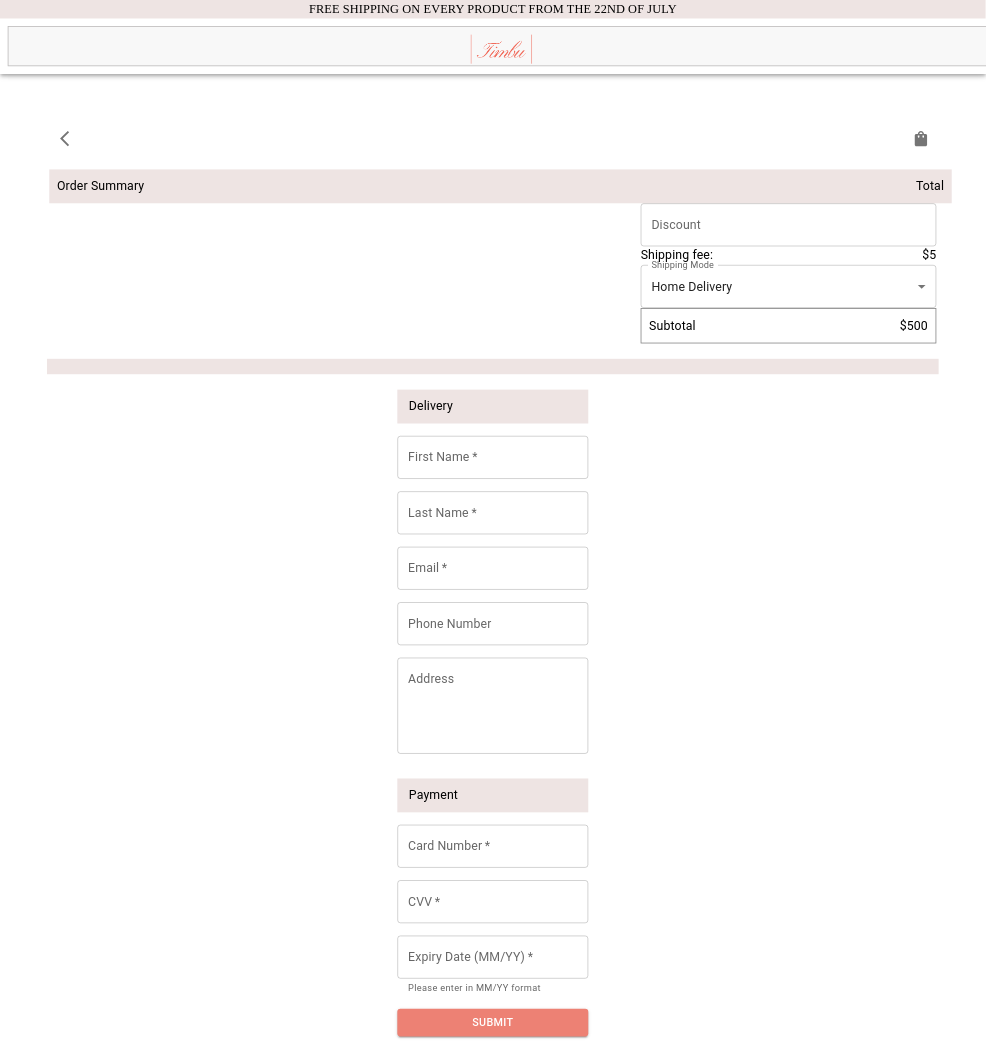
Repository: Armstrong2035/hng-project-two
Page: /checkout (app in timbu-store/)
An editor plug-in stored every save of this project. The page is shown before and after the next save, followed by the edit.
The browser window is 1280 px wide. The pictures show the whole page, at 77% of full size.
The project was rebuilt for these pictures with package versions that can differ from the ones it lists, and the page was loaded fresh each time. The framework's server and built-in components were replaced by stand-ins that run in the browser. Also part of the build but not shown: timbu-store/next.config.mjs, timbu-store/src/app/fonts.css.

Above is the page before, as saved 2024-07-10 04:04:23.

### timbu-store/src/app/layout.js
"use client";

import "./fonts.css";

import Head from "next/head";

const metadata = {
  title: "Timbu Store",
  description: "We sell beauty",
};

export default function RootLayout({ children }) {
  return (
    <>
      <html>
        <Head>
          <title>{metadata.title}</title>
          <meta name="description" content={metadata.description} />
        </Head>
        <body>{children}</body>
      </html>
    </>
  );
}

### timbu-store/src/app/checkout/page.js
"use client";

import React from "react";
import CheckOut from "../../../components/checkout/CheckOut";
import Promotion from "../../../components/header/Promotion";
import { AppBar, Box } from "@mui/material";
import TimbuStore from "../../../components/header/TimbuStore";

export default function Page() {
  return (
    <>
      <AppBar color={"transparent"}>
        <Promotion />
        <TimbuStore />
      </AppBar>

      <Box sx={{ mt: 20 }}>
        <CheckOut />
      </Box>
    </>
  );
}

### timbu-store/components/checkout/CheckOut.js
"use client";
import useStore from "@/store/store";
import Image from "next/image";
import {
  Typography,
  Box,
  Stack,
  Grid,
  Button,
  Card,
  CardContent,
  Container,
  AppBar,
} from "@mui/material";
import React, { useState } from "react";
import Cart from "./cart/Cart";
import Invoice from "./Invoice";
import Promotion from "../header/Promotion";
import CheckoutForm from "./CheckoutForm";
import CheckoutNav from "./CheckoutNav";
import useMediaQuery from "@mui/material/useMediaQuery";
import { useTheme } from "@mui/material/styles";
export default function CheckOut() {
  const theme = useTheme();
  const isDesktop = useMediaQuery(theme.breakpoints.up("lg"));
  return (
    <>
      <Stack alignItems={"center"}>
        <Container>
          <CheckoutNav />
          {isDesktop && (
            <Box
              style={{
                width: "100%",
                display: "flex",
                justifyContent: "space-between",
                padding: "10px 10px",
                marginTop: "20px",
                backgroundColor: "#EEE4E3",
              }}
              className="heading"
            >
              <Typography>Order Summary</Typography>
              <Typography>Total</Typography>
            </Box>
          )}

          <Grid container>
            <Grid item>
              {!isDesktop && (
                <Typography
                  sx={{ backgroundColor: "#EEE4E3", padding: "10px 10px" }}
                >
                  Order Summary
                </Typography>
              )}
            </Grid>
            <Grid item className={"item"} xl={10} lg={8} md={6} sm={12} xs={12}>
              <Cart />
            </Grid>
            <Grid item xl={4} lg={4} md={6} sm={12} xs={12}>
              <Invoice />
            </Grid>
          </Grid>
        </Container>

        <Box
          style={{
            width: "90%",
            display: "flex",
            justifyContent: "space-between",
            padding: "10px 10px",
            marginTop: "20px",
            marginBottom: "20px",
            backgroundColor: "#EEE4E3",
          }}
          className="heading"
        ></Box>

        <CheckoutForm />
      </Stack>
    </>
  );
}

### timbu-store/components/header/Promotion.js
"use client";

import { Typography, Box } from "@mui/material";
import React from "react";

export default function Promotion() {
  return (
    <>
      <Box
        sx={{
          display: "flex",
          alignItems: "center",
          justifyContent: "center",
          width: "100%",
          backgroundColor: "#EEE4E3",
          padding: "15px, 0",
        }}
      >
        <Typography sx={{ fontFamily: "kanit-regular" }}>
          FREE SHIPPING ON EVERY PRODUCT FROM THE 22ND OF JULY
        </Typography>
      </Box>
    </>
  );
}

### timbu-store/components/header/TimbuStore.js
"use client";

import Image from "next/image";
import Timbu from "../../public/utility-images/Timbu.png";
import Link from "next/link";

export default function TimbuStore() {
  return (
    <div
      style={{
        width: "100%",
        backgroundColor: "#F8F8F8",
        display: "flex",
        justifyContent: "center",
        alignItems: "center",
        padding: "10px 0",
        border: "1px solid #BCBABA",
        margin: "10px",
      }}
    >
      <Link href={"/"}>
        <div style={{ width: "80px", height: "30px" }}>
          <Image
            src={Timbu}
            alt={"timbu store logo"}
            layout="responsive"
            width={50}
            height={50}
            objectFit="contain"
          />
        </div>
      </Link>
    </div>
  );
}

### timbu-store/src/store/store.js
import { create } from "zustand";
import { persist } from "zustand/middleware";

const useStore = create(
  (set) => ({
    cart: [],
    addToCart: (item) => set((state) => ({ cart: [...state.cart, item] })),
  }),
  {
    name: "cart-storage",
  }
);

export default useStore;

### timbu-store/components/checkout/cart/Cart.js
"use client";
import React, { useState } from "react";
import useStore from "@/store/store";
import { Box, Grid, Stack, Typography, Button } from "@mui/material";
import Image from "next/image";

export default function Cart() {
  const [orderVolume, setOrderVolume] = useState(1);
  const cart = useStore((state) => state.cart);

  return (
    <Stack spacing={4}>
      {cart.map((item) => (
        <Grid container key={item.id} spacing={2}>
          <Grid item xs={12} sm={6} md={4}>
            <Box
              sx={{
                display: "flex",
                alignItems: "center",
                justifyContent: "center",
                backgroundColor: "#F1F0F0",
                position: "relative",
                "&:hover": {
                  backgroundColor: "#E6DFDF",
                },
                width: "100%",
                paddingTop: "100%", // This creates a square aspect ratio
                position: "relative",
              }}
            >
              <Box
                sx={{
                  position: "absolute",
                  top: 0,
                  left: 0,
                  right: 0,
                  bottom: 0,
                  padding: "10px",
                }}
              >
                <Image
                  src={item.imageUrl}
                  alt={item.productName}
                  layout="fill"
                  objectFit="contain"
                />
              </Box>
            </Box>
          </Grid>

          <Grid item xs={12} sm={6} md={4}>
            <Stack
              direction={"row"}
              alignItems={"center"}
              justifyContent={"space-between"}
            >
              <Box sx={{ padding: "16px" }}>
                <Typography>{item.productName}</Typography>
                <Box
                  sx={{
                    border: "1px solid #B2A6A6",
                    display: "flex",
                    flexDirection: "row",
                    alignItems: "center",
                    margin: "10px 0",
                  }}
                >
                  <Button
                    sx={{ color: "#473838" }}
                    onClick={() =>
                      setOrderVolume(orderVolume > 1 ? orderVolume - 1 : 1)
                    }
                  >
                    -
                  </Button>
                  <Typography sx={{ padding: "0 10px" }}>
                    {orderVolume}
                  </Typography>
                  <Button
                    sx={{ color: "#473838" }}
                    onClick={() => setOrderVolume(orderVolume + 1)}
                  >
                    +
                  </Button>
                </Box>
                <Button sx={{ color: "#ED8174" }}>Remove</Button>
              </Box>
              <Typography
                sx={{
                  textAlign: { xs: "right", md: "left" },
                  marginRight: { xs: "16px", md: "0" },
                  marginTop: { xs: "16px", md: "0" },
                }}
              >
                {item.discountPrice}
              </Typography>
            </Stack>
          </Grid>

          <Grid item xs={12} md={4}></Grid>
        </Grid>
      ))}
    </Stack>
  );
}

### timbu-store/components/checkout/Invoice.js
"use client";
import React, { useState, useEffect } from "react";
import {
  FormGroup,
  Grid,
  TextField,
  Typography,
  MenuItem,
  Stack,
} from "@mui/material";
import useStore from "@/store/store";
import { useTheme } from "@mui/material/styles";
import useMediaQuery from "@mui/material/useMediaQuery";

export default function Invoice() {
  const cart = useStore((state) => state.cart);
  const theme = useTheme();
  const isDesktop = useMediaQuery(theme.breakpoints.up("lg"));

  const [discountCode, setDiscountCode] = useState("");
  const [shippingMode, setShippingMode] = useState("Home Delivery");
  const [price, setPrice] = useState("");

  const shippingModes = ["Home Delivery", "Pick up"];

  const shippingFee = () => {
    let fee = "";

    if (shippingMode === "Home Delivery") {
      fee = "$5";
    } else if (shippingMode === "Pick up") {
      fee = "$2";
    }

    setPrice(fee);
  };

  useEffect(() => {
    shippingFee();
  });

  return (
    <Stack spacing={isDesktop ? "8" : "5"}>
      <TextField
        variant="outlined"
        label="Discount"
        value={discountCode}
        onChange={(e) => setDiscountCode(e.target.value)}
      />
      <Stack direction="row" justifyContent={"space-between"}>
        <Typography>{`Shipping fee:`}</Typography>

        <Typography>{`${price}`}</Typography>
      </Stack>

      <TextField
        select
        label="Shipping Mode"
        value={shippingMode}
        onChange={(e) => setShippingMode(e.target.value)}
      >
        {shippingModes.map((mode) => (
          <MenuItem key={mode} value={mode}>
            {mode}
          </MenuItem>
        ))}
      </TextField>
      <Stack
        direction={"row"}
        justifyContent={"space-between"}
        sx={{ border: "1px solid grey", padding: "10px 10px" }}
      >
        <Typography>Subtotal</Typography>
        <Typography>$500</Typography>
      </Stack>
    </Stack>
  );
}

### timbu-store/components/checkout/CheckoutForm.js
"use client";

import React, { useState } from "react";
import {
  TextField,
  Button,
  FormControlLabel,
  Checkbox,
  Stack,
  Typography,
  Box,
} from "@mui/material";

export default function CheckoutForm() {
  const [formData, setFormData] = useState({
    firstName: "",
    lastName: "",
    email: "",
    phone: "",
    address: "",
    cardNumber: "",
    cvv: "",
    expiryDate: "",
  });

  const handleChange = (event) => {
    setFormData({ ...formData, [event.target.name]: event.target.value });
  };

  const handleSubmit = (event) => {
    event.preventDefault();
    // Handle form submission here (e.g., send data to server)
    console.log("Form submitted:", formData);
  };

  return (
    <form onSubmit={handleSubmit}>
      <Stack spacing={4} direction={"column"}>
        <Stack spacing={2}>
          <Box sx={{ backgroundColor: "#EEE4E3", padding: "10px 15px" }}>
            <Typography>Delivery</Typography>
          </Box>
          <TextField
            label="First Name"
            name="firstName"
            value={formData.firstName}
            onChange={handleChange}
            required
          />

          <TextField
            label="Last Name"
            name="lastName"
            value={formData.lastName}
            onChange={handleChange}
            required
          />

          <TextField
            label="Email"
            name="email"
            value={formData.email}
            onChange={handleChange}
            type="email"
            required
          />

          <TextField
            label="Phone Number"
            name="phone"
            value={formData.phone}
            onChange={handleChange}
            type="tel"
          />

          <TextField
            label="Address"
            name="address"
            value={formData.address}
            onChange={handleChange}
            multiline
            rows={4}
          />
        </Stack>

        <Stack spacing={2}>
          <Box sx={{ backgroundColor: "#EEE4E3", padding: "10px 15px" }}>
            <Typography>Payment</Typography>
          </Box>

          <TextField
            label="Card Number"
            name="cardNumber"
            value={formData.cardNumber}
            onChange={handleChange}
            type="number"
            inputProps={{ minLength: 16, maxLength: 19 }}
            required
          />

          <TextField
            label="CVV"
            name="cvv"
            value={formData.cvv}
            onChange={handleChange}
            type="password"
            inputProps={{ minLength: 3, maxLength: 4 }}
            required
          />

          <TextField
            label="Expiry Date (MM/YY)"
            name="expiryDate"
            value={formData.expiryDate}
            onChange={handleChange}
            helperText="Please enter in MM/YY format"
            pattern="^(0[1-9]|1[0-2])\/\d{2}$"
            required
          />

          <Button
            variant="contained"
            type="submit"
            sx={{
              backgroundColor: "#ED8174",
              "&:hover": {
                backgroundColor: "#C9675B",
              },
            }}
          >
            Submit
          </Button>
        </Stack>
      </Stack>
    </form>
  );
}

### timbu-store/components/checkout/CheckoutNav.js
"use client";

import React from "react";
import ShoppingBagIcon from "@mui/icons-material/ShoppingBag";
import ArrowBackIosNewIcon from "@mui/icons-material/ArrowBackIosNew";
import { IconButton, Stack } from "@mui/material";

export default function CheckoutNav() {
  return (
    <>
      <Stack
        direction={"row"}
        alignItems="center"
        justifyContent={"space-between"}
        sx={{ width: "100%" }}
      >
        <IconButton>
          <ArrowBackIosNewIcon />
        </IconButton>
        <IconButton>
          <ShoppingBagIcon />
        </IconButton>
      </Stack>
    </>
  );
}

After the next save:
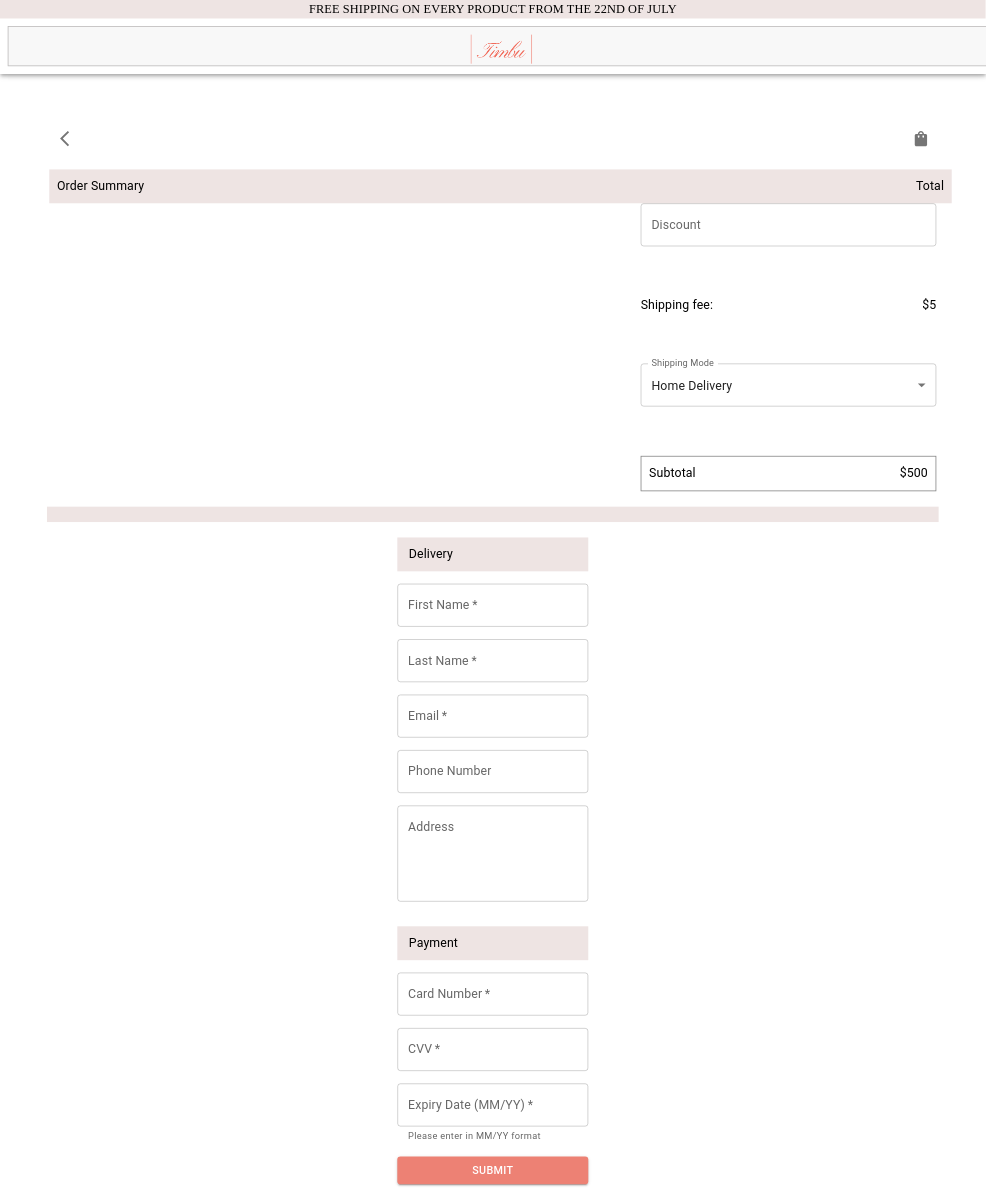
Saved 11 s later.
--- a/timbu-store/components/checkout/Invoice.js
+++ b/timbu-store/components/checkout/Invoice.js
@@ -40,7 +40,7 @@ export default function Invoice() {
   });
 
   return (
-    <Stack spacing={isDesktop ? "8" : "5"}>
+    <Stack spacing={isDesktop ? 8 : 4}>
       <TextField
         variant="outlined"
         label="Discount"
